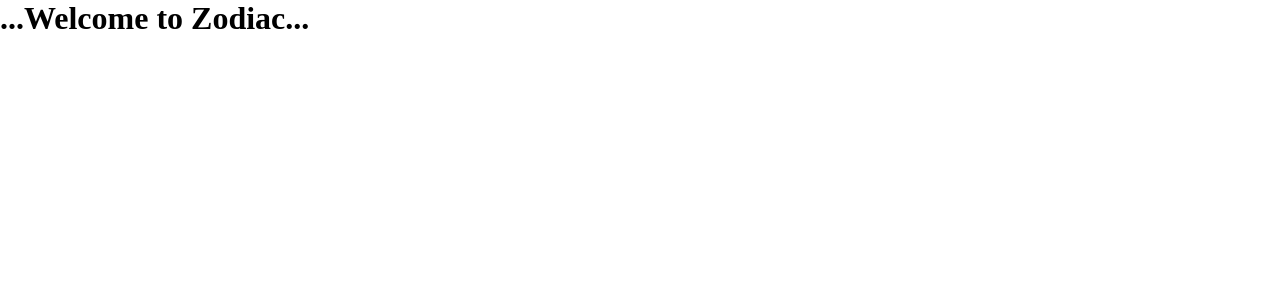
Repository: robertkameni/Zodiac-App
Page: client/index.html
These files come from the project's save history. The page is drawn as it stood at one moment and after the next save; the edit follows.
The browser window is 1280 px wide. The pictures show the whole page.

Above is the page before, as saved 2019-06-15 14:44:33.

After the next save:
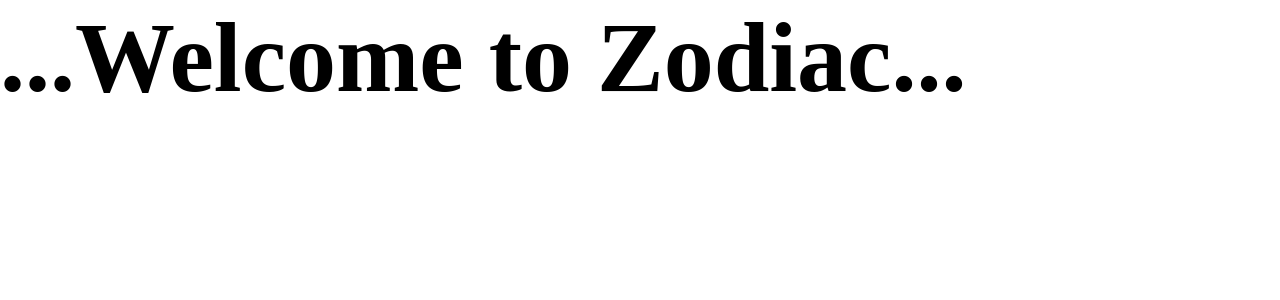
Saved 7 s later.
--- a/client/style.css
+++ b/client/style.css
@@ -1,5 +1,5 @@
-*{
-    margin:0;
-    padding: 0;
-    font-size:
+* {
+  margin: 0;
+  padding: 0;
+  font-size: 100px;
 }
